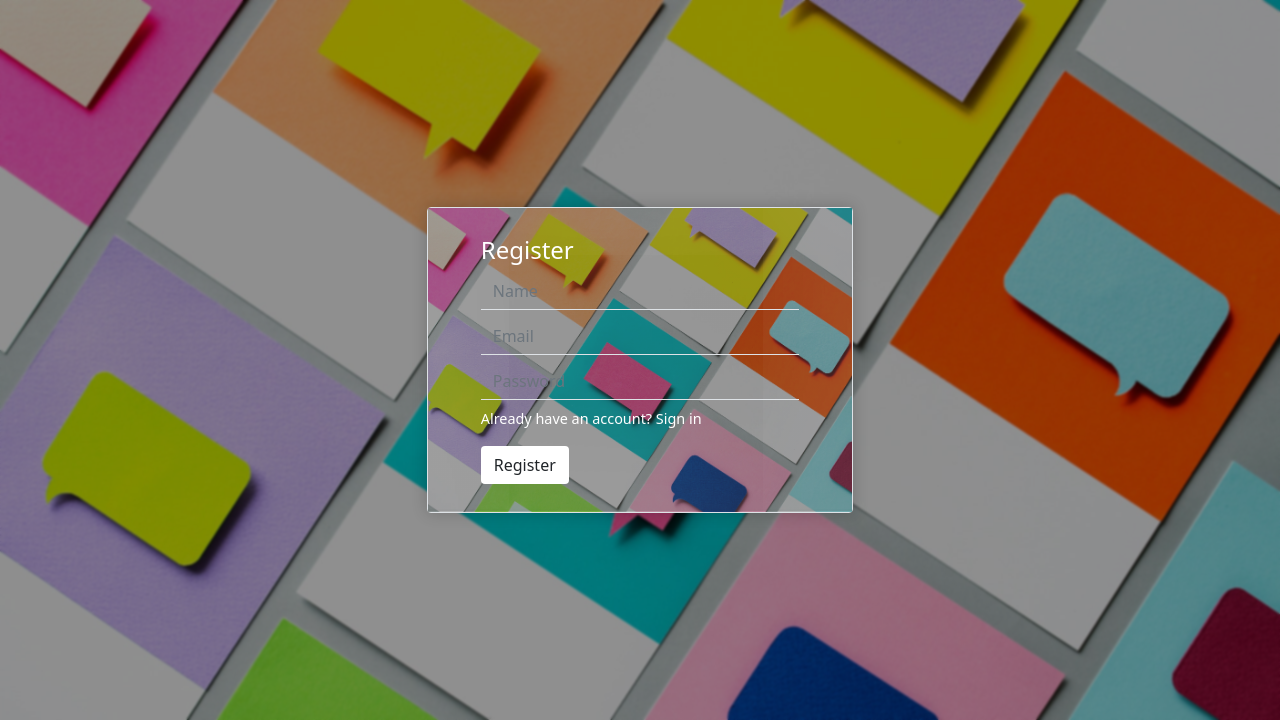
Repository: SaudCh/React-login
Page: /register
These files come from the project's save history. The page is drawn as it stood at one moment and after the next save; the edit follows.
The browser window is 1280 px wide. The pictures show the whole page.
The project was rebuilt for these pictures with package versions that can differ from the ones it lists, and the page was loaded fresh each time. Also part of the build but not shown: src/Components/Login/loginValidation.js, src/Components/Login/Login.jsx, src/Components/Shared/Header.jsx, src/Components/NotFound/NotFound.jsx.

Above is the page before, as saved 2022-02-06 15:32:05.

After the next save:
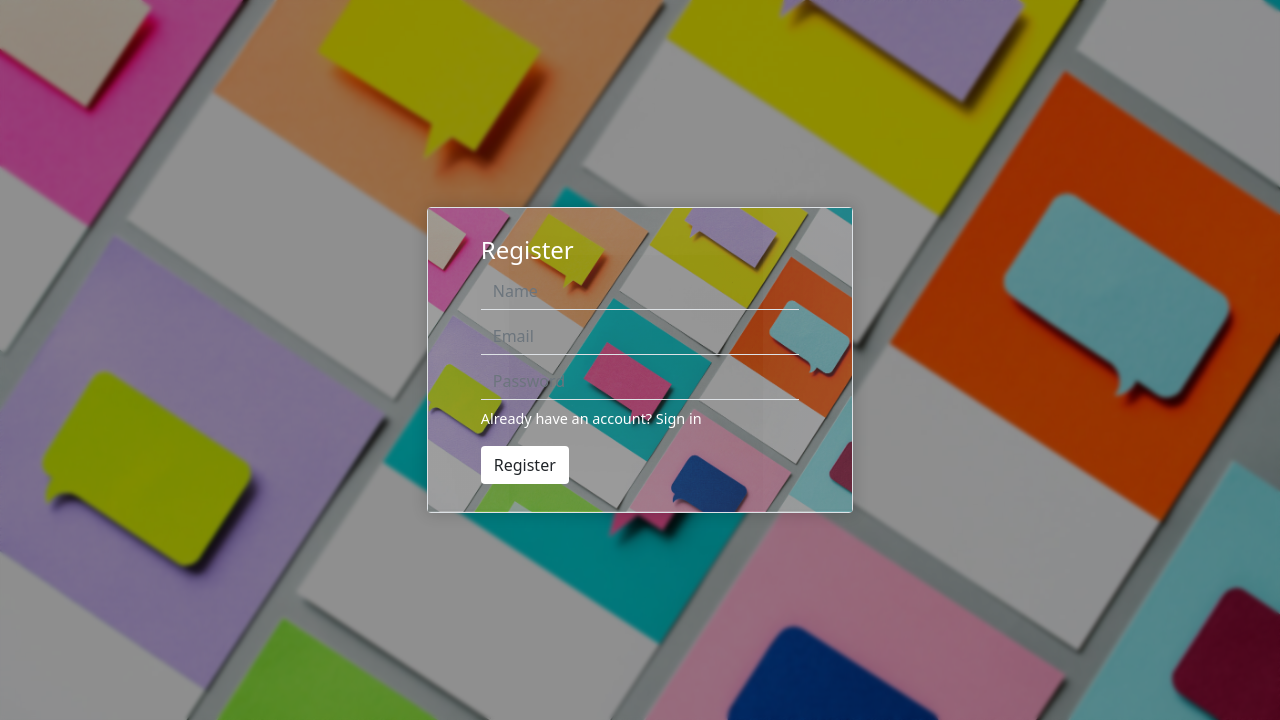
Saved 19 s later.
--- a/src/Components/Register/Register.css
+++ b/src/Components/Register/Register.css
@@ -20,7 +20,7 @@
   bottom: 0;
   left: 0;
   right: 0;
-  filter: blur(1px);
+  filter: blur(2px);
   z-index: -1;
 }
 
